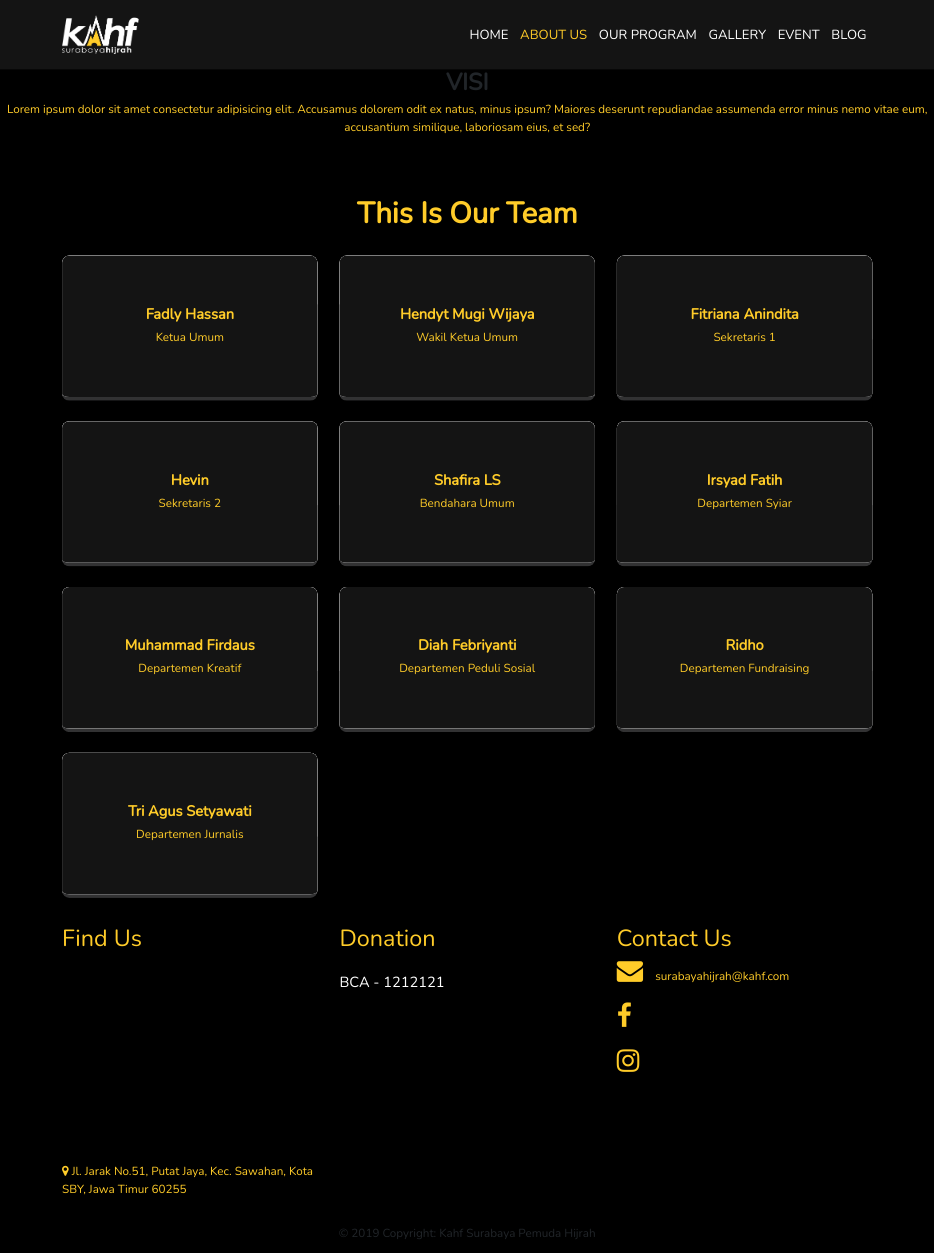
Repository: shandytp/surabaya-hijrah
Page: http://localhost/about.php
The author's editor kept a copy of each file at every save. The page is drawn from the files as they stood at one save, then again after a run of saves.
The browser window is 1280 px wide. The pictures show the whole page, at 73% of full size.
Pictures or frames that could not be fetched are drawn as grey boxes. Some web libraries are served in a nearby version. The page is run by PHP 8.4 with error messages shown; the project is at /var/www/html/.

Above is the page before, as saved 2019-08-20 14:12:28.
Console error: TypeError: Cannot read properties of undefined (reading 'fn')

### about.php
<!-- Tim IT Surabaya Hijrah
- Wisnu Aria Y (Project Leader & Front End Developer)
- Moch Shandy Tsalasa Putra (Front End Developer)
- Aryo Budilaksono (Back End Developer)
- Kelvin Adji Pangestu (Back End Developer)
-->

<!DOCTYPE html>
<html lang="en">
<head>
    <meta charset="UTF-8">
    <meta name="author" content="Wisnu Aria Y,Moch Shandy Tsalasa Putra">
    <meta name="viewport" content="width=device-width, initial-scale=1.0">
    <meta http-equiv="X-UA-Compatible" content="ie=edge">
    <!-- Favicon -->

    <link rel="shortcut icon" href="pictures/kahf.png" type="image/x-icon">
    <link rel="icon" href="pictures/favicon.ico" type="image/x-icon">

    <!-- Source CDN (Content Delivery Network) -->

    <!-- Navbar Bootstrap -->
    <link rel="stylesheet" href="https://maxcdn.bootstrapcdn.com/bootstrap/4.0.0-beta/css/bootstrap.min.css" integrity="sha384-/Y6pD6FV/Vv2HJnA6t+vslU6fwYXjCFtcEpHbNJ0lyAFsXTsjBbfaDjzALeQsN6M" crossorigin="anonymous">
    <script src="//maxcdn.bootstrapcdn.com/bootstrap/4.0.0/js/bootstrap.min.js"></script>
    <script src="//code.jquery.com/jquery-1.11.1.min.js"></script>

    <!-- Icon-icon -->
    <link rel="stylesheet" href="https://stackpath.bootstrapcdn.com/font-awesome/4.7.0/css/font-awesome.min.css">

    <!-- About Us -->


    <!-- Main CSS -->
    <link rel="stylesheet" href="css/main.css">

    <!-- Title -->
    <title>About Us</title>
</head>
<body>
    <!-- Navbar -->
<header>
       <nav class="navbar navbar-expand-lg navbar-light bg-dark text-light py-3 main-nav">
          <div class="container">
            <a class="navbar-brand " href="index.php"><img src="pictures/kahflogo.png" width="105" height="52.5" alt="Kahf Logo"></a>
              <button class="navbar-toggler" type="button" data-toggle="collapse" data-target="#navbarSupportedContent" aria-controls="navbarSupportedContent" aria-expanded="false" aria-label="Toggle navigation">
                <span class="navbar-toggler-icon"></span>
              </button>

              <div class="collapse navbar-collapse " id="navbarSupportedContent">
                <ul class="navbar-nav ml-auto">
                <!-- Active itu buat halaman yang sedang dikunjungi -->
                  <li class="nav-item ">
                    <a class="nav-link link-3" href="index.php">Home <span class="sr-only">(current)</span></a>
                  </li>
                  <li class="nav-item active">
                    <a class="nav-link  link-3" href="about.php">About Us</a>
                  </li>
                  <li class="nav-item ">
                    <a class="nav-link link-3" href="ourprogram.php">Our Program</a>
                  </li>
                  <li class="nav-item">
                    <a class="nav-link link-3" href="gallery.php">Gallery</a>
                  </li>
                  <li class="nav-item">
                    <a class="nav-link link-3" href="event.php">Event</a>
                  </li>
                  <li class="nav-item">
                    <a class="nav-link link-3" href="blog.php">Blog</a>
                  </li>
                </ul>
              </div>
          </div>
        </nav>
    </header>

    <!-- Optional JavaScript -->
    <!-- jQuery first, then Popper.js, then Bootstrap JS -->
    <script src="https://code.jquery.com/jquery-3.2.1.slim.min.js" integrity="sha384-KJ3o2DKtIkvYIK3UENzmM7KCkRr/rE9/Qpg6aAZGJwFDMVNA/GpGFF93hXpG5KkN" crossorigin="anonymous"></script>
    <script src="https://cdnjs.cloudflare.com/ajax/libs/popper.js/1.11.0/umd/popper.min.js" integrity="sha384-b/U6ypiBEHpOf/4+1nzFpr53nxSS+GLCkfwBdFNTxtclqqenISfwAzpKaMNFNmj4" crossorigin="anonymous"></script>
    <script src="https://maxcdn.bootstrapcdn.com/bootstrap/4.0.0-beta/js/bootstrap.min.js" integrity="sha384-h0AbiXch4ZDo7tp9hKZ4TsHbi047NrKGLO3SEJAg45jXxnGIfYzk4Si90RDIqNm1" crossorigin="anonymous"></script>

    <script src="js/navbar.js"></script>


    <!-- About Us -->

  <h2 class="text-center"><strong>VISI</strong></h2>
  <p class="text-center">Lorem ipsum dolor sit amet consectetur adipisicing elit. Accusamus dolorem odit ex natus, minus ipsum?
     Maiores deserunt repudiandae assumenda error minus nemo vitae eum, accusantium similique,
     laboriosam eius, et sed?</p>
  <br/>
  <div class="container">
    <h1 class="text-center">This Is Our Team</h1>
  <div class="row">

  <!--team-1-->
  <div class="col-lg-4">
  <div class="our-team-main">

  <div class="team-front">
  <h3>Fadly Hassan</h3>
  <p>Ketua Umum</p>
  </div>

  <div class="team-back">
  <span class="back-content">
  Dhif jalok tolong ojok dadi wibu koyok tepe

  </span>
    <div class="text-center">
    <!-- just add href= for your links, like this: -->
    <a href="http://facebook.com" class="btn btn-social-icon btn-facebook">
    <i class="fa fa-facebook"></i></a>
    <a href="http://instagram.com" class="btn btn-social-icon btn-instagram"><i class="fa fa-instagram"></i></a>
    <a class="btn btn-social-icon btn-linkedin"><i class="fa fa-linkedin"></i></a>

    <a class="btn btn-social-icon btn-twitter"><i class="fa fa-twitter"></i></a>

  </div>
  </div>

  </div>
  </div>
  <!--team-1-->

 <div class="col-lg-4">
  <div class="our-team-main">

  <div class="team-front">
  <h3>Hendyt Mugi Wijaya</h3>
  <p>Wakil Ketua Umum</p>
  </div>

  <div class="team-back">
  <span class="back-content">
  pengen vapor

  </span>
    <div class="text-center">
    <!-- just add href= for your links, like this: -->
    <a href="http://facebook.com" class="btn btn-social-icon btn-facebook">
    <i class="fa fa-facebook"></i></a>
    <a href="http://instagram.com" class="btn btn-social-icon btn-instagram"><i class="fa fa-instagram"></i></a>
    <a class="btn btn-social-icon btn-linkedin"><i class="fa fa-linkedin"></i></a>

    <a class="btn btn-social-icon btn-twitter"><i class="fa fa-twitter"></i></a>

  </div>
  </div>

  </div>
  </div>


  <!--team-1-->
  <div class="col-lg-4">
  <div class="our-team-main">

  <div class="team-front">
  <h3>Fitriana Anindita</h3>
  <p>Sekretaris 1</p>
  </div>

  <div class="team-back">
  <span>
  Lorem ipsum dolor sit amet, consectetuer adipiscing elit. Aenean commodo ligula eget dolor. Aenean massa. Cum sociis
  </span>
     <div class="text-center">
    <!-- just add href= for your links, like this: -->
    <a href="http://facebook.com" class="btn btn-social-icon btn-facebook">
    <i class="fa fa-facebook"></i></a>

    <a class="btn btn-social-icon btn-github"><i class="fa fa-github"></i></a>
    <a class="btn btn-social-icon btn-google-plus"><i class="fa fa-google-plus"></i></a>
    <a class="btn btn-social-icon btn-instagram"><i class="fa fa-instagram"></i></a>
    <a class="btn btn-social-icon btn-linkedin"><i class="fa fa-linkedin"></i></a>

    <a class="btn btn-social-icon btn-twitter"><i class="fa fa-twitter"></i></a>

  </div>
  </div>

  </div>
  </div>

  <!--team-1-->
  <div class="col-lg-4">
  <div class="our-team-main">

  <div class="team-front">
  <h3>Hevin</h3>
  <p>Sekretaris 2</p>
  </div>

  <div class="team-back">
  <span>
  Lorem ipsum dolor sit amet, consectetuer adipiscing elit. Aenean commodo ligula eget dolor. Aenean massa. Cum sociis
  </span>
     <div class="text-center">
    <!-- just add href= for your links, like this: -->
    <a href="http://facebook.com" class="btn btn-social-icon btn-facebook">
    <i class="fa fa-facebook"></i></a>

    <a class="btn btn-social-icon btn-github"><i class="fa fa-github"></i></a>
    <a class="btn btn-social-icon btn-google-plus"><i class="fa fa-google-plus"></i></a>
    <a class="btn btn-social-icon btn-instagram"><i class="fa fa-instagram"></i></a>
    <a class="btn btn-social-icon btn-linkedin"><i class="fa fa-linkedin"></i></a>

    <a class="btn btn-social-icon btn-twitter"><i class="fa fa-twitter"></i></a>

  </div>
  </div>

  </div>
  </div>

  <!--team-1-->
  <div class="col-lg-4">
  <div class="our-team-main">

  <div class="team-front">
  <h3>Shafira LS</h3>
  <p>Bendahara Umum</p>
  </div>

  <div class="team-back">
  <span>
  Lorem ipsum dolor sit amet, consectetuer adipiscing elit. Aenean commodo ligula eget dolor. Aenean massa. Cum sociis
  </span>
     <div class="text-center">
    <!-- just add href= for your links, like this: -->
    <a href="http://facebook.com" class="btn btn-social-icon btn-facebook">
    <i class="fa fa-facebook"></i></a>

    <a class="btn btn-social-icon btn-github"><i class="fa fa-github"></i></a>
    <a class="btn btn-social-icon btn-google-plus"><i class="fa fa-google-plus"></i></a>
    <a class="btn btn-social-icon btn-instagram"><i class="fa fa-instagram"></i></a>
    <a class="btn btn-social-icon btn-linkedin"><i class="fa fa-linkedin"></i></a>

    <a class="btn btn-social-icon btn-twitter"><i class="fa fa-twitter"></i></a>

  </div>
  </div>

  </div>
  </div>

  <!--team-1-->
  <div class="col-lg-4">
  <div class="our-team-main">

  <div class="team-front">
  <h3>Irsyad Fatih</h3>
  <p>Departemen Syiar</p>
  </div>

  <div class="team-back">
  <span>
  Lorem ipsum dolor sit amet, consectetuer adipiscing elit. Aenean commodo ligula eget dolor. Aenean massa. Cum sociis
  </span>
     <div class="text-center">
    <!-- just add href= for your links, like this: -->
    <a href="http://facebook.com" class="btn btn-social-icon btn-facebook">
    <i class="fa fa-facebook"></i></a>

    <a class="btn btn-social-icon btn-github"><i class="fa fa-github"></i></a>
    <a class="btn btn-social-icon btn-google-plus"><i class="fa fa-google-plus"></i></a>
    <a class="btn btn-social-icon btn-instagram"><i class="fa fa-instagram"></i></a>
    <a class="btn btn-social-icon btn-linkedin"><i class="fa fa-linkedin"></i></a>

    <a class="btn btn-social-icon btn-twitter"><i class="fa fa-twitter"></i></a>

  </div>
  </div>

  </div>
  </div>

  <!--team-1-->
  <div class="col-lg-4">
  <div class="our-team-main">

  <div class="team-front">
  <h3>Muhammad Firdaus</h3>
  <p>Departemen Kreatif</p>
  </div>

  <div class="team-back">
  <span>
  Lorem ipsum dolor sit amet, consectetuer adipiscing elit. Aenean commodo ligula eget dolor. Aenean massa. Cum sociis
  </span>
     <div class="text-center">
    <!-- just add href= for your links, like this: -->
    <a href="http://facebook.com" class="btn btn-social-icon btn-facebook">
    <i class="fa fa-facebook"></i></a>

    <a class="btn btn-social-icon btn-github"><i class="fa fa-github"></i></a>
    <a class="btn btn-social-icon btn-google-plus"><i class="fa fa-google-plus"></i></a>
    <a class="btn btn-social-icon btn-instagram"><i class="fa fa-instagram"></i></a>
    <a class="btn btn-social-icon btn-linkedin"><i class="fa fa-linkedin"></i></a>

    <a class="btn btn-social-icon btn-twitter"><i class="fa fa-twitter"></i></a>

  </div>
  </div>

  </div>
  </div>

  <!--team-1-->
  <div class="col-lg-4">
  <div class="our-team-main">

  <div class="team-front">
  <h3>Diah Febriyanti</h3>
  <p>Departemen Peduli Sosial</p>
  </div>

  <div class="team-back">
  <span>
  Lorem ipsum dolor sit amet, consectetuer adipiscing elit. Aenean commodo ligula eget dolor. Aenean massa. Cum sociis
  </span>
     <div class="text-center">
    <!-- just add href= for your links, like this: -->
    <a href="http://facebook.com" class="btn btn-social-icon btn-facebook">
    <i class="fa fa-facebook"></i></a>

    <a class="btn btn-social-icon btn-github"><i class="fa fa-github"></i></a>
    <a class="btn btn-social-icon btn-google-plus"><i class="fa fa-google-plus"></i></a>
    <a class="btn btn-social-icon btn-instagram"><i class="fa fa-instagram"></i></a>
    <a class="btn btn-social-icon btn-linkedin"><i class="fa fa-linkedin"></i></a>

    <a class="btn btn-social-icon btn-twitter"><i class="fa fa-twitter"></i></a>

  </div>
  </div>

  </div>
  </div>

  <!--team-1-->
  <div class="col-lg-4">
  <div class="our-team-main">

  <div class="team-front">
  <h3>Ridho</h3>
  <p>Departemen Fundraising</p>
  </div>

  <div class="team-back">
  <span>
  Lorem ipsum dolor sit amet, consectetuer adipiscing elit. Aenean commodo ligula eget dolor. Aenean massa. Cum sociis
  </span>
     <div class="text-center">
    <!-- just add href= for your links, like this: -->
    <a href="http://facebook.com" class="btn btn-social-icon btn-facebook">
    <i class="fa fa-facebook"></i></a>

    <a class="btn btn-social-icon btn-github"><i class="fa fa-github"></i></a>
    <a class="btn btn-social-icon btn-google-plus"><i class="fa fa-google-plus"></i></a>
    <a class="btn btn-social-icon btn-instagram"><i class="fa fa-instagram"></i></a>
    <a class="btn btn-social-icon btn-linkedin"><i class="fa fa-linkedin"></i></a>

    <a class="btn btn-social-icon btn-twitter"><i class="fa fa-twitter"></i></a>

  </div>
  </div>

  </div>
  </div>

  <!--team-1-->
  <div class="col-lg-4">
  <div class="our-team-main">

  <div class="team-front">
  <h3>Tri Agus Setyawati</h3>
  <p>Departemen Jurnalis</p>
  </div>

  <div class="team-back">
  <span>
  Lorem ipsum dolor sit amet, consectetuer adipiscing elit. Aenean commodo ligula eget dolor. Aenean massa. Cum sociis
  </span>
     <div class="text-center">
    <!-- just add href= for your links, like this: -->
    <a href="http://facebook.com" class="btn btn-social-icon btn-facebook">
    <i class="fa fa-facebook"></i></a>

    <a class="btn btn-social-icon btn-github"><i class="fa fa-github"></i></a>
    <a class="btn btn-social-icon btn-google-plus"><i class="fa fa-google-plus"></i></a>
    <a class="btn btn-social-icon btn-instagram"><i class="fa fa-instagram"></i></a>
    <a class="btn btn-social-icon btn-linkedin"><i class="fa fa-linkedin"></i></a>

    <a class="btn btn-social-icon btn-twitter"><i class="fa fa-twitter"></i></a>

  </div>
  </div>

  </div>
  </div>

</div>
<!--     row end -->
</div>
<!-- container end -->

<!-- Footer -->
<footer>
        <div class="container">
          <div class="row">
            <div class="col-md-8 col-sm-8">
              <div class="row footer-menu">
                <!-- Find Us Location -->
                <div class="col-md-6 col-xs-12">
                  <h2 class="footer">
                    Find Us
                  </h2>
                    <div class="embed-responsive embed-responsive-4by3">
                      <iframe src="https://www.google.com/maps/embed?pb=!1m18!1m12!1m3!1d3957.6525253721115!2d112.71829691354493!3d-7.2803191735654424!2m3!1f0!2f0!3f0!3m2!1i1024!2i768!4f13.1!3m3!1m2!1s0x2dd7fba2c2498407%3A0xcd27f60f463c0dfd!2sRuang+Harapan-Kahf+Surabaya+Hijrah!5e0!3m2!1sid!2sid!4v1565593698302!5m2!1sid!2sid" width="425" height="350" frameborder="0" style="border:0" allowfullscreen>
                      </iframe>
                    </div>
                    <a href="https://g.page/surabayahijrah?share"
                        target="_blank"><i class="fa fa-map-marker" aria-hidden="true"></i> Jl. Jarak No.51, Putat Jaya, Kec. Sawahan, Kota SBY, Jawa Timur 60255</a>
                </div>
                <div class="col-md-6 col-xs-12">
                  <h2 class="footer">Donation</h2>
                  <br>
                  <h5>BCA - 1212121</h5>
                </div>
              </div>
            </div>
            <div class="col-md-4 col-sm-4">
              <h2 class="footer">Contact Us</h2>
              <ul class="follow-us clearfix">
                  <li><a href="#"><i class="fa fa-envelope" aria-hidden="true" style="font-size:36px"></i>&nbsp;&nbsp;&nbsp;&nbsp;surabayahijrah@kahf.com</a><a href="#"></a></li>
                  <br>
                  <li><a href="#"><i class="fa fa-facebook" aria-hidden="true" style="font-size:36px"></i></a></li>
                  <br>
                  <li><a href="#"><i class="fa fa-instagram" aria-hidden="true" style="font-size:36px"></i></a></li>
            </ul>
            </div>
          </div>
        </div>

          <!-- Copyright -->
        <div class="footer-copyright text-center py-3">© 2019 Copyright: Kahf Surabaya Pemuda Hijrah</div>
  <!-- Copyright -->
</footer>
</body>
</html>

Loaded but not shown: js/navbar.js (11 lines, source omitted); css/main.css (462 lines, source omitted)

After the next 2 saves:
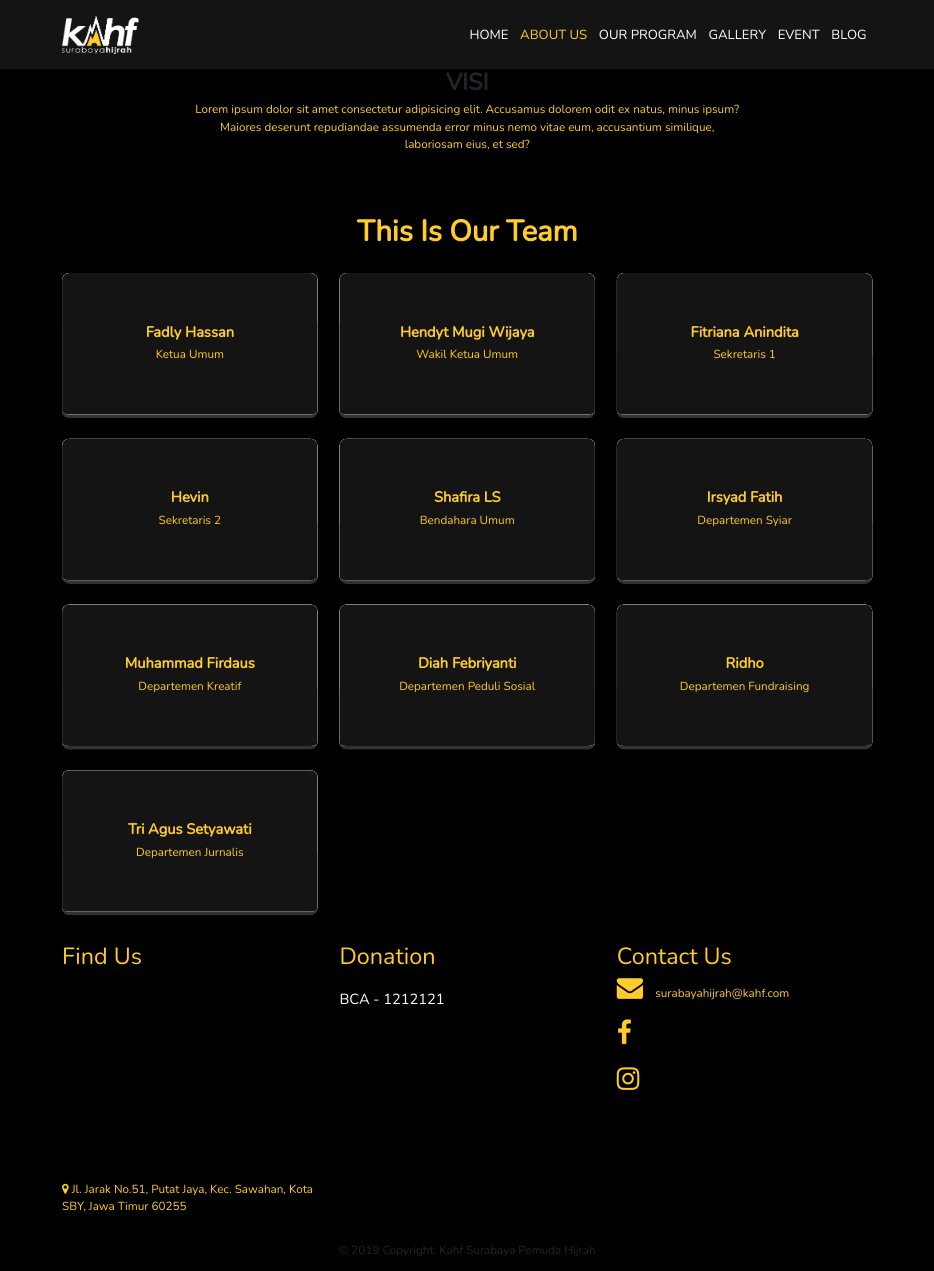
The 2 saves are shown as one change because they came seconds apart.
The last was saved 42 s later.
--- a/about.php
+++ b/about.php
@@ -86,8 +86,8 @@
 
   <h2 class="text-center"><strong>VISI</strong></h2>
   <p class="text-center">Lorem ipsum dolor sit amet consectetur adipisicing elit. Accusamus dolorem odit ex natus, minus ipsum?
-     Maiores deserunt repudiandae assumenda error minus nemo vitae eum, accusantium similique,
-     laboriosam eius, et sed?</p>
+    <br> Maiores deserunt repudiandae assumenda error minus nemo vitae eum, accusantium similique,
+    <br>  laboriosam eius, et sed?</p>
   <br/>
   <div class="container">
     <h1 class="text-center">This Is Our Team</h1>
